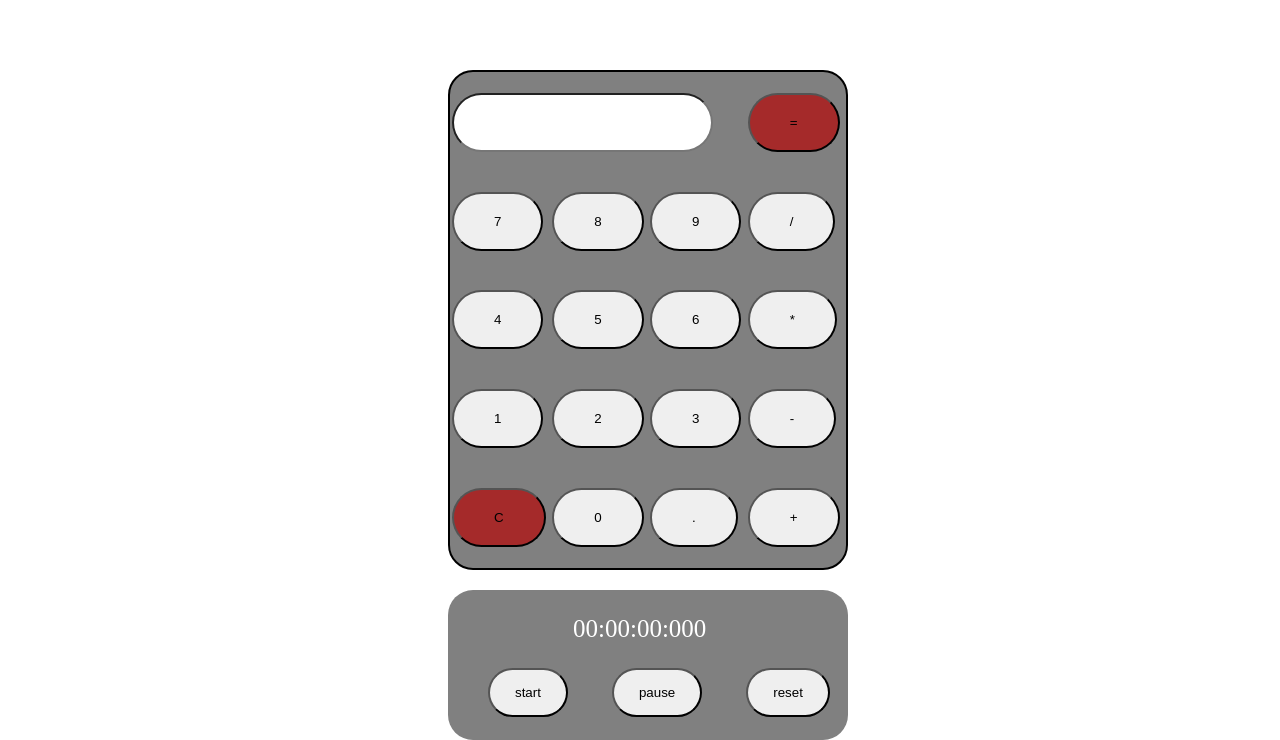
Repository: Seryozha02/CalculatorAndStopwatch
Page: calculator.html
An editor plug-in stored every save of this project. The page is shown before and after the next save, followed by the edit.
The browser window is 1280 px wide. The pictures show the whole page.

Above is the page before, as saved 2022-10-03 18:46:56.

### calculator.html
<!DOCTYPE html>
<html lang="en">
<head>
  <meta charset="UTF-8">
  <meta http-equiv="X-UA-Compatible" content="IE=edge">
  <meta name="viewport" content="width=device-width, initial-scale=1.0">
  <link rel="stylesheet" href="calculator.css">
  <title>Calcuator</title>
</head>
<body>
  <div>
  <table id="calculator">
    <tr>
      <td colspan="3"><input type="text" id="result"></td>
      <td><input type="button" value="=" onclick="calculate()" id="btn"></td>
    </tr>
    <tr>
      <td><input type="button" value="7" onclick="display(('7'))"></td>
      <td><input type="button" value="8" onclick="display(('8'))"></td>
      <td><input type="button" value="9" onclick="display(('9'))"></td>
      <td><input type="button" value="/" onclick="display(('/'))"></td>
    </tr>
    <tr>
      <td><input type="button" value="4" onclick="display(('4'))"></td>
      <td><input type="button" value="5" onclick="display(('5'))"></td>
      <td><input type="button" value="6" onclick="display(('6'))"></td>
      <td><input type="button" value="*" onclick="display(('*'))"></td>
    </tr>
    <tr>
      <td><input type="button" value="1" onclick="display(('1'))"></td>
      <td><input type="button" value="2" onclick="display(('2'))"></td>
      <td><input type="button" value="3" onclick="display(('3'))"></td>
      <td><input type="button" value="-" onclick="display(('-'))"></td>
    </tr>
    <tr>
      <td><input type="button" value="C" onclick="clearScreen()" id="btn"></td>
      <td><input type="button" value="0" onclick="display(('0'))"></td>
      <td><input type="button" value="." onclick="display(('.'))"></td>
      <td><input type="button" value="+" onclick="display(('+'))"></td>
    </tr>
  </table>
  <form id="stopWatch">
    <div>
    <span id="hour">00</span>:<span id="minute">00</span>:<span id="seconds">00</span>:<span id="milliSeconds">000</span>
  </div>
    <br>
    <button class="start" value="start">start</button>
    <button class="pause" value="pause"> pause</button>
    <button class="reset" value="reset"> reset</button>
  </form>
</div>
</body>
  <script src="calculator.js"></script>
</html>

### calculator.css
* {
    margin: 0;
    padding: 0;
    text-decoration: none;
    box-sizing: border-box;
}

/* body {
    background-image: url(./18936069-3d-numbers-wallpaper.webp);
    background-repeat: no-repeat;
    background-size: cover;
} */

#calculator {
    width: 400px;
    height: 500px;
    border-radius: 25px;
    background-color: gray;
    border: 2px black solid;
    margin-left: 35%;
    margin-top: 70px;
}


table tr td input{
    border-radius: 30px;
    padding: 20px 40px;
    color: black;

}

input[type=button] {
    cursor: pointer;
}

#btn {
    background-color: brown;
}

#stopWatch {
    width: 400px;
    height: 150px;
    border-radius: 25px;
    background-color: gray;
    margin-left: 35%;
    margin-top: 20px;
}

form div {
    color: white;
    font-size: 25px;
    display: inline-block;
    padding: 25px;
    margin-left: 100px;
}

form button {
    padding: 15px 25px;
    margin-left: 40px;
    border-radius: 25px;
}

### calculator.js
// Calculator's part

function clearScreen() {
    document.getElementById("result").value = ""
}

function display(value) {
    document.getElementById("result").value += value;
}

function calculate() {
    const sum = document.getElementById("result").value;
    const res = eval(sum)
    document.getElementById("result").value = res
}


// Stopwatch's part

After the next save:
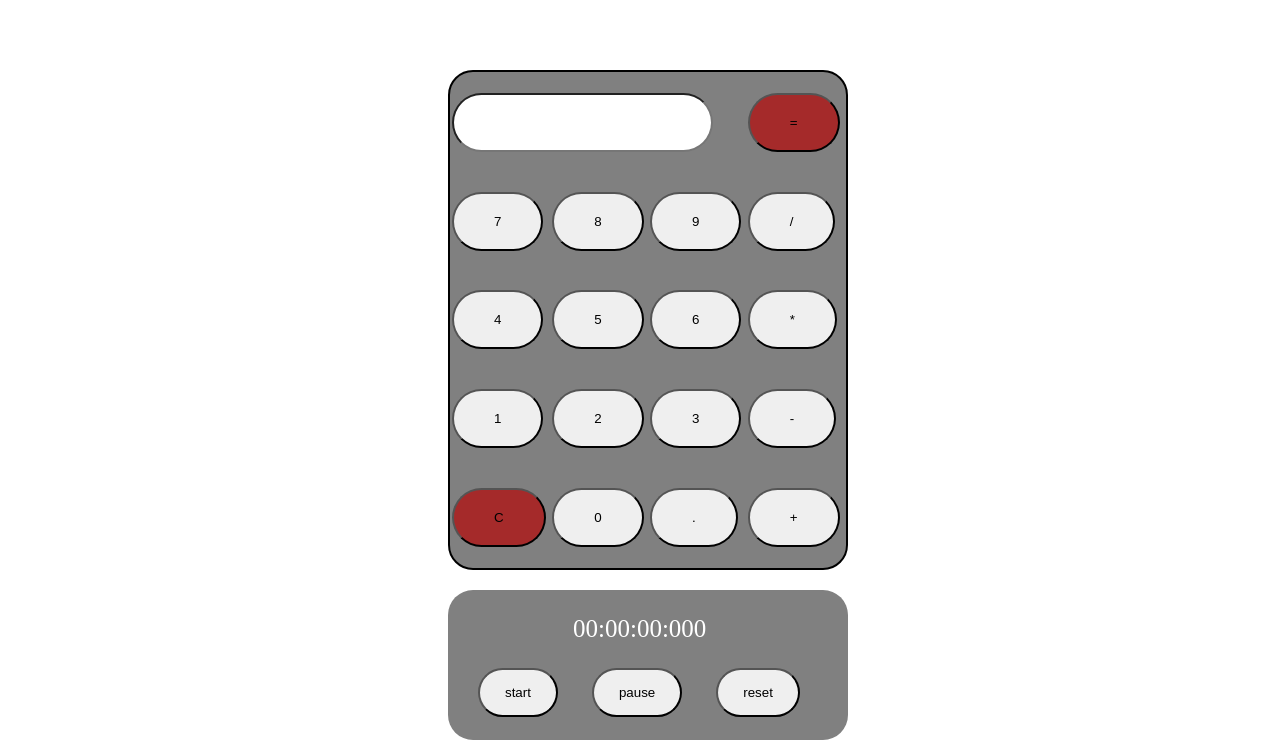
Saved 7 s later.
--- a/calculator.css
+++ b/calculator.css
@@ -56,6 +56,6 @@
 
 form button {
     padding: 15px 25px;
-    margin-left: 40px;
+    margin-left: 30px;
     border-radius: 25px;
 }
